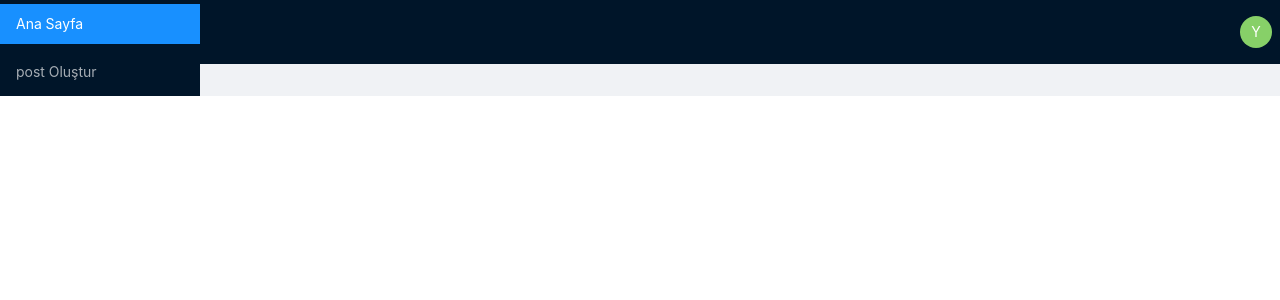
Repository: sevilgenysf/my-blog
Page: /
The author's editor kept a copy of each file at every save. The page is drawn from the files as they stood at one save, then again after the next save.
The browser window is 1280 px wide. The pictures show the whole page.
The project was rebuilt for these pictures with package versions that can differ from the ones it lists, and the page was loaded fresh each time. Also part of the build but not shown: src/index.css, src/App.css, src/components/Sidebar/Sidebar.css.

Above is the page before, as saved 2022-08-18 15:12:44.

After the next save:
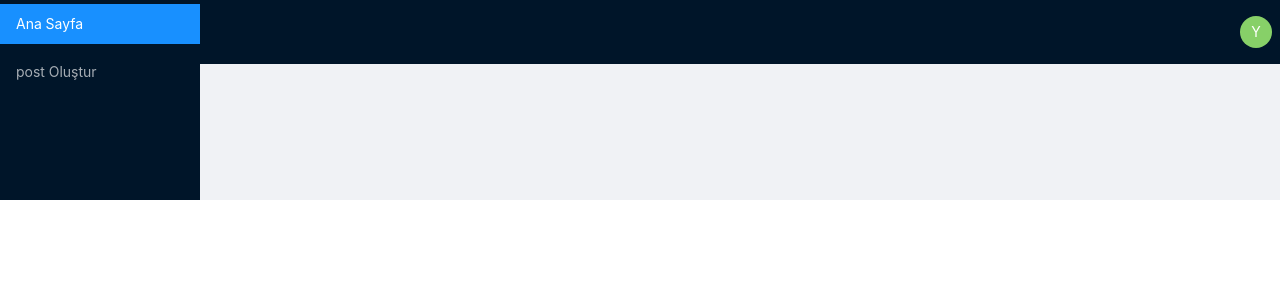
Saved 40 s later.
--- a/src/components/Sidebar/Sidebar.js
+++ b/src/components/Sidebar/Sidebar.js
@@ -6,7 +6,12 @@ import { Link } from 'react-router-dom';
 function Sidebar() {
 	return (
 		<Layout.Sider className="sidebar">
-			<Menu theme="dark" mode="vertical" defaultSelectedKeys={['/']}>
+			<Menu
+				theme="dark"
+				mode="vertical"
+				style={{ height: '200px' }}
+				defaultSelectedKeys={['/']}
+			>
 				<Menu.Item key="/">
 					{/* <Link to="/">Ana Sayfa</Link> */}Ana Sayfa
 				</Menu.Item>
